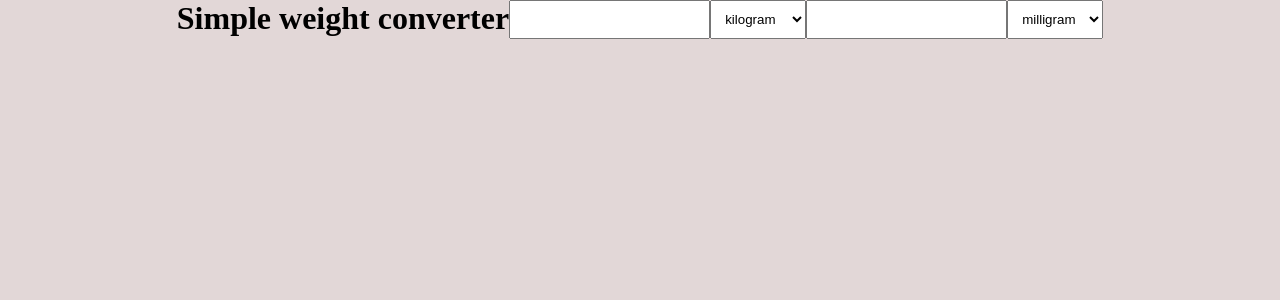
Repository: Eugene44-hub/weight-converter
Page: index.html
The author's editor kept a copy of each file at every save. The page is drawn from the files as they stood at one save, then again after the next save.
The browser window is 1280 px wide. The pictures show the whole page.

Above is the page before, as saved 2021-09-20 04:46:14.

After the next save:
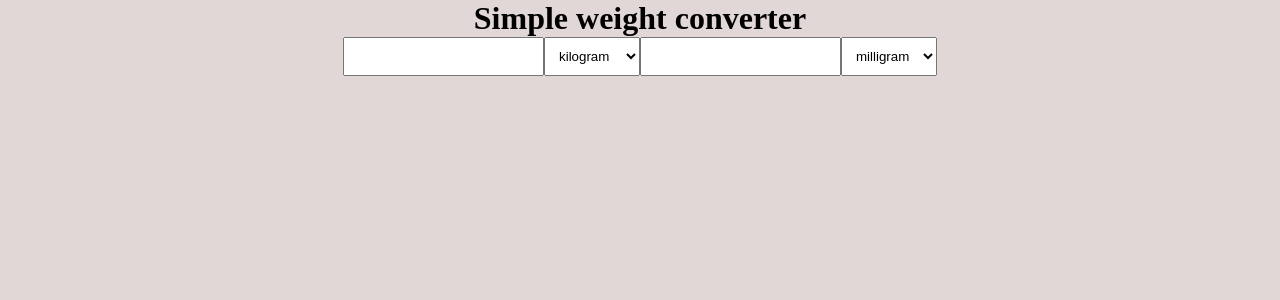
Saved 4 s later.
--- a/style.css
+++ b/style.css
@@ -13,7 +13,7 @@ input {
 
 h1 {
     text-align: center;
-    flex: ;
+    flex: 100%;
 }
 
 select {
